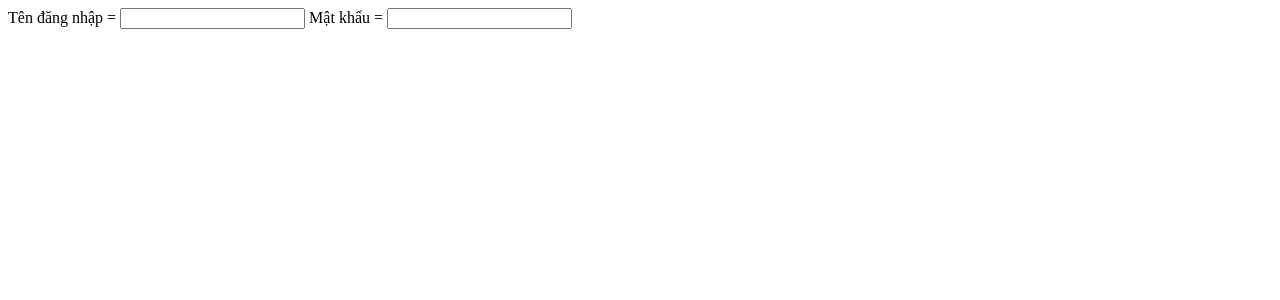
Repository: giakhiem2911/64131000_Web2
Page: Login/src/main/webapp/Login.html
These files come from the project's save history. The page is drawn as it stood at one moment and after the next save; the edit follows.
The browser window is 1280 px wide. The pictures show the whole page.

Above is the page before, as saved 2025-02-21 03:40:13.

### Login/src/main/webapp/Login.html
<!DOCTYPE html>
<html>
<head>
<meta charset="UTF-8">
<title>Login</title>
</head>
<body>
	<form action="Login.jsp">
		Tên đăng nhập = <input type="text" name="ten">
		Mật khẩu = <input type="password" name="mk">

	</form>
</body>
</html>

After the next save:
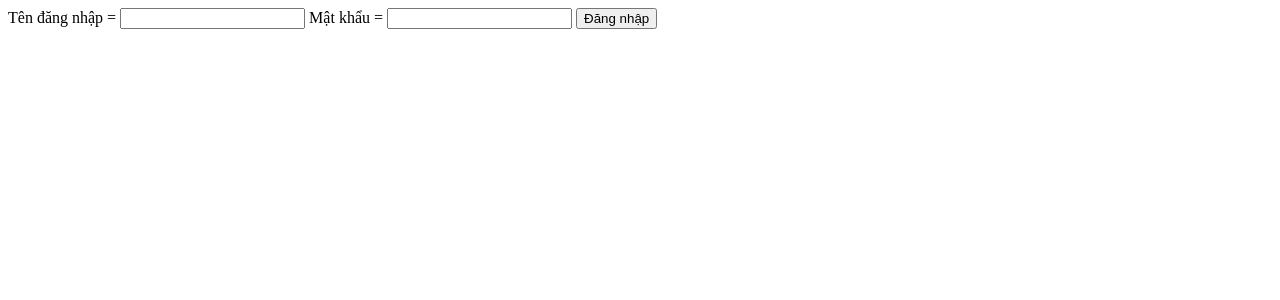
Saved 38 s later.
--- a/Login/src/main/webapp/Login.html
+++ b/Login/src/main/webapp/Login.html
@@ -8,7 +8,7 @@
 	<form action="Login.jsp">
 		Tên đăng nhập = <input type="text" name="ten">
 		Mật khẩu = <input type="password" name="mk">
-
+		<input type="submit" value="Đăng nhập">
 	</form>
 </body>
 </html>
